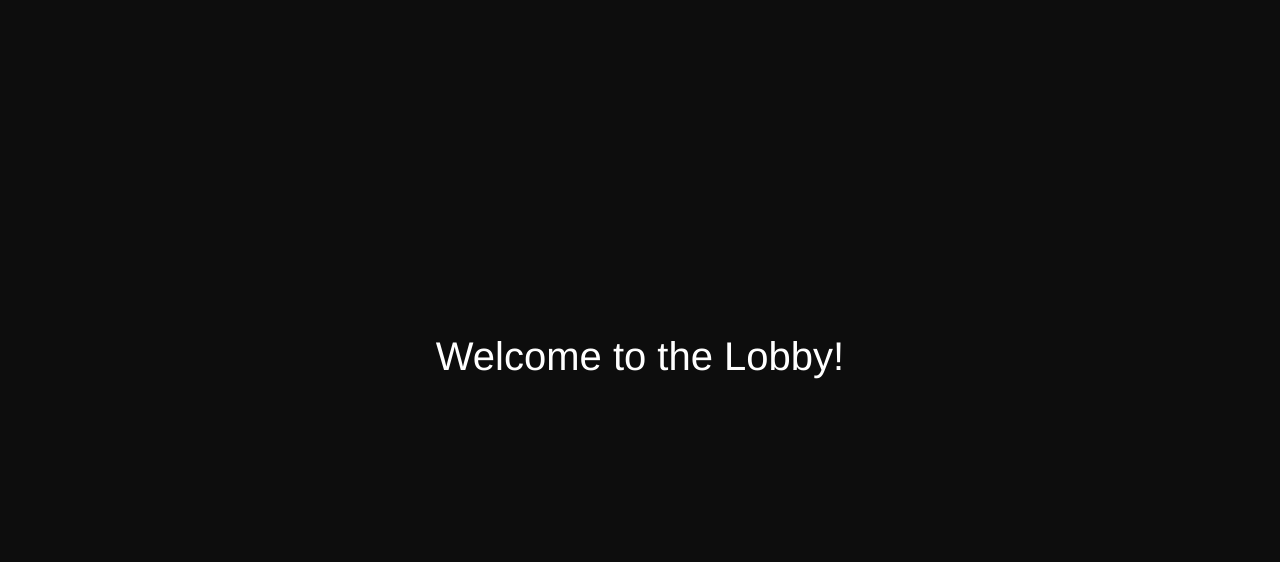
Repository: KidBillionaire/newapp
Page: public/index.html
An editor plug-in stored every save of this project. The page is shown before and after the next save, followed by the edit.
The browser window is 1280 px wide. The pictures show the whole page.

Above is the page before, as saved 2024-10-10 23:14:58.

### public/index.html
<!DOCTYPE html>
<html lang="en">
<head>
  <meta charset="UTF-8">
  <meta name="viewport" content="width=device-width, initial-scale=1.0">
  <title>Lobby - Bluff Royale</title>
  <link href="https://cdn.jsdelivr.net/npm/bootstrap@5.3.0/dist/css/bootstrap.min.css" rel="stylesheet">
  <style>
    body, html {
      height: 100%;
      margin: 0;
      font-family: 'Helvetica Neue', sans-serif;
      background: #0d0d0d;
      color: #e0e0e0;
    }
    .container {
      height: 100vh;
      display: flex;
      justify-content: center;
      align-items: center;
    }
    h1 {
      color: #ffffff;
    }
  </style>
</head>
<body>
  <div class="container">
    <h1>Welcome to the Lobby!</h1>
  </div>
</body>
</html>

After the next save:
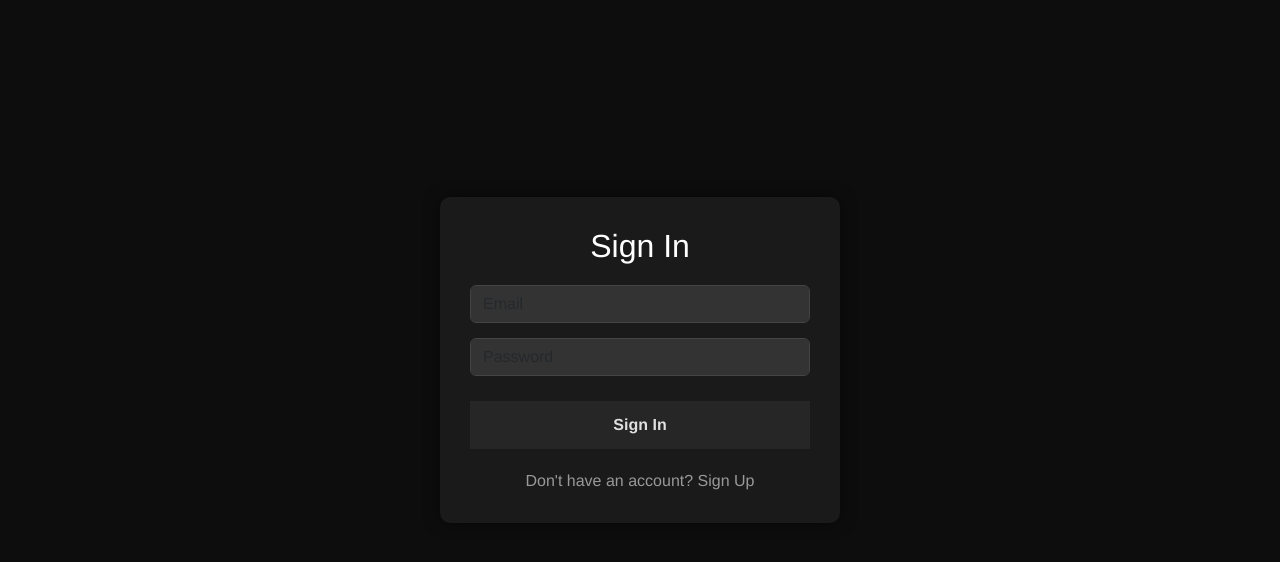
Saved 16 s later.
--- a/public/index.html
+++ b/public/index.html
@@ -3,7 +3,7 @@
 <head>
   <meta charset="UTF-8">
   <meta name="viewport" content="width=device-width, initial-scale=1.0">
-  <title>Lobby - Bluff Royale</title>
+  <title>Bluff Royale - Sign In & Sign Up</title>
   <link href="https://cdn.jsdelivr.net/npm/bootstrap@5.3.0/dist/css/bootstrap.min.css" rel="stylesheet">
   <style>
     body, html {
@@ -19,14 +19,146 @@
       justify-content: center;
       align-items: center;
     }
-    h1 {
+    .auth-form {
+      background-color: #1a1a1a;
+      padding: 30px;
+      border-radius: 10px;
+      box-shadow: 0 0 15px rgba(0, 0, 0, 0.5);
+      width: 400px;
+      text-align: center;
+    }
+    .auth-form h2 {
       color: #ffffff;
+      margin-bottom: 20px;
+    }
+    .form-control {
+      background-color: #333;
+      color: #fff;
+      border: 1px solid #444;
+      margin-bottom: 15px;
+    }
+    .btn-auth {
+      width: 100%;
+      padding: 12px;
+      border: none;
+      background: #262626;
+      color: #e0e0e0;
+      font-weight: bold;
+      margin-top: 10px;
+      transition: all 0.3s ease;
+    }
+    .btn-auth:hover {
+      background-color: #595959;
+    }
+    .toggle-link {
+      display: block;
+      margin-top: 20px;
+      color: #999;
+      cursor: pointer;
+    }
+    .toggle-link:hover {
+      color: #ccc;
     }
   </style>
 </head>
 <body>
   <div class="container">
-    <h1>Welcome to the Lobby!</h1>
+    <div class="auth-form">
+      <h2 id="form-title">Sign In</h2>
+
+      <!-- Username Field (only visible for sign-up) -->
+      <input type="text" id="username" class="form-control" placeholder="Username" style="display: none;">
+
+      <!-- Email Field -->
+      <input type="email" id="email" class="form-control" placeholder="Email" required>
+
+      <!-- Password Field -->
+      <input type="password" id="password" class="form-control" placeholder="Password" required>
+
+      <!-- Auth Button -->
+      <button id="auth-button" class="btn-auth">Sign In</button>
+
+      <!-- Toggle Link for Switching between Sign In & Sign Up -->
+      <span id="toggle-link" class="toggle-link">Don't have an account? Sign Up</span>
+    </div>
   </div>
+
+  <script>
+    // HTML Elements
+    const formTitle = document.getElementById('form-title');
+    const usernameInput = document.getElementById('username');
+    const emailInput = document.getElementById('email');
+    const passwordInput = document.getElementById('password');
+    const authButton = document.getElementById('auth-button');
+    const toggleLink = document.getElementById('toggle-link');
+
+    // State Variable to Track Form Mode
+    let isSignUpMode = false;
+
+    // Toggle between Sign In and Sign Up
+    toggleLink.addEventListener('click', () => {
+      isSignUpMode = !isSignUpMode;
+      if (isSignUpMode) {
+        formTitle.textContent = 'Sign Up';
+        authButton.textContent = 'Sign Up';
+        usernameInput.style.display = 'block';
+        toggleLink.textContent = 'Already have an account? Sign In';
+      } else {
+        formTitle.textContent = 'Sign In';
+        authButton.textContent = 'Sign In';
+        usernameInput.style.display = 'none';
+        toggleLink.textContent = "Don't have an account? Sign Up";
+      }
+    });
+
+    // Handle Authentication (Sign In or Sign Up)
+    authButton.addEventListener('click', async () => {
+      const email = emailInput.value;
+      const password = passwordInput.value;
+
+      if (isSignUpMode) {
+        const username = usernameInput.value;
+        try {
+          // API Call for Sign Up
+          const response = await fetch('http://localhost:3000/users/signup', {
+            method: 'POST',
+            headers: { 'Content-Type': 'application/json' },
+            body: JSON.stringify({ username, email, password })
+          });
+
+          const data = await response.json();
+          if (response.ok) {
+            alert('Sign Up Successful!');
+            window.localStorage.setItem('token', data.token); // Save the JWT
+            window.location.href = 'lobby.html'; // Redirect to lobby page
+          } else {
+            alert(data.message);
+          }
+        } catch (error) {
+          console.error('Error during sign-up:', error);
+        }
+      } else {
+        try {
+          // API Call for Sign In
+          const response = await fetch('http://localhost:3000/users/login', {
+            method: 'POST',
+            headers: { 'Content-Type': 'application/json' },
+            body: JSON.stringify({ email, password })
+          });
+
+          const data = await response.json();
+          if (response.ok) {
+            alert('Sign In Successful!');
+            window.localStorage.setItem('token', data.token); // Save the JWT
+            window.location.href = 'lobby.html'; // Redirect to lobby page
+          } else {
+            alert(data.message);
+          }
+        } catch (error) {
+          console.error('Error during sign-in:', error);
+        }
+      }
+    });
+  </script>
 </body>
 </html>
